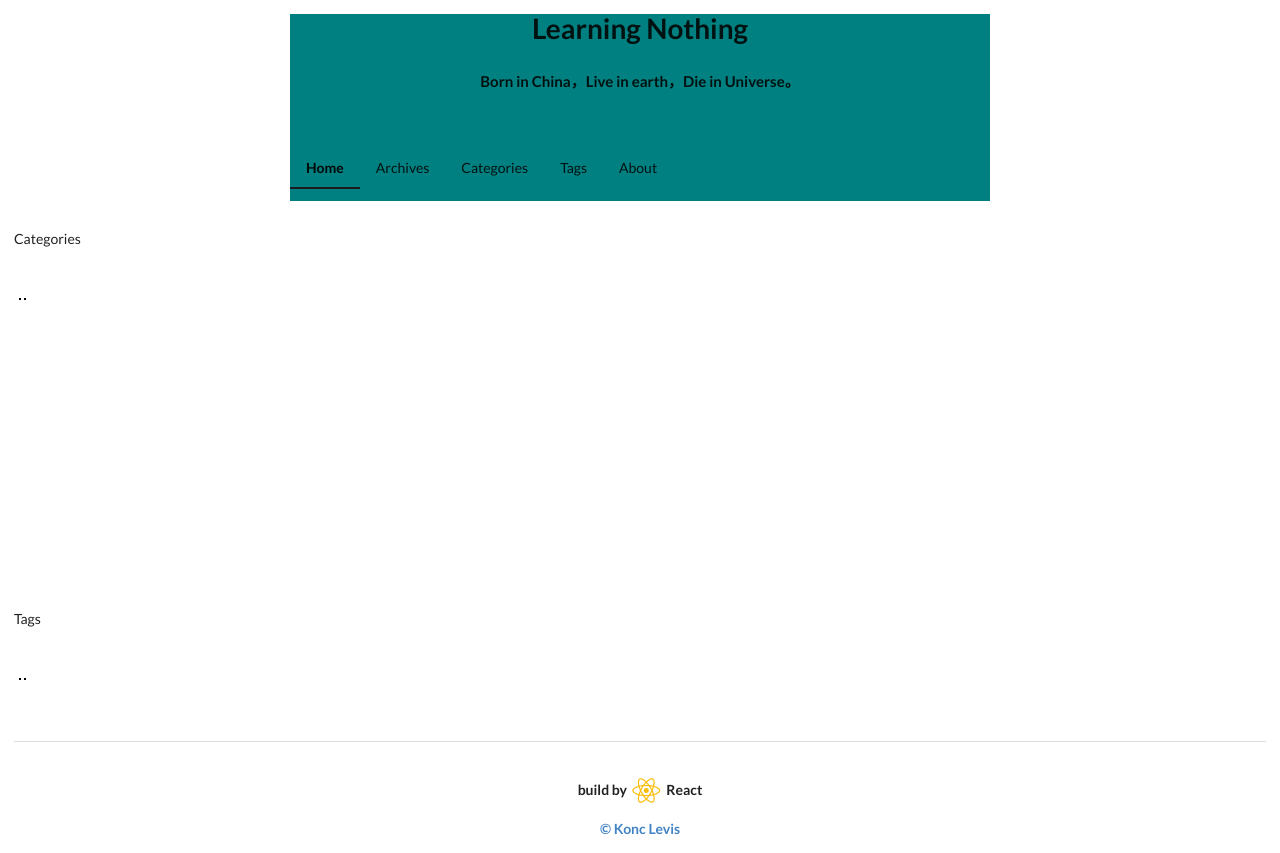
Repository: chu4j/my-spring-cloud-blog-frontend
Page: /
The author's editor kept a copy of each file at every save. The page is drawn from the files as they stood at one save, then again after the next save.
The browser window is 1280 px wide. The pictures show the whole page.
The page's requests for data from a server got no answer. The project was rebuilt for these pictures with package versions that can differ from the ones it lists, and the page was loaded fresh each time. No one was signed in, and anything a server would have sent is missing. Also part of the build but not shown: src/components/Categories.jsx, src/components/FocusContent.jsx, src/css/App.css, src/components/owner/LoginForm.jsx, src/components/Tags.jsx, src/components/Timeline.jsx, src/components/TimelineHome.jsx.

Above is the page before, as saved 2021-02-24 11:50:05.

After the next save:
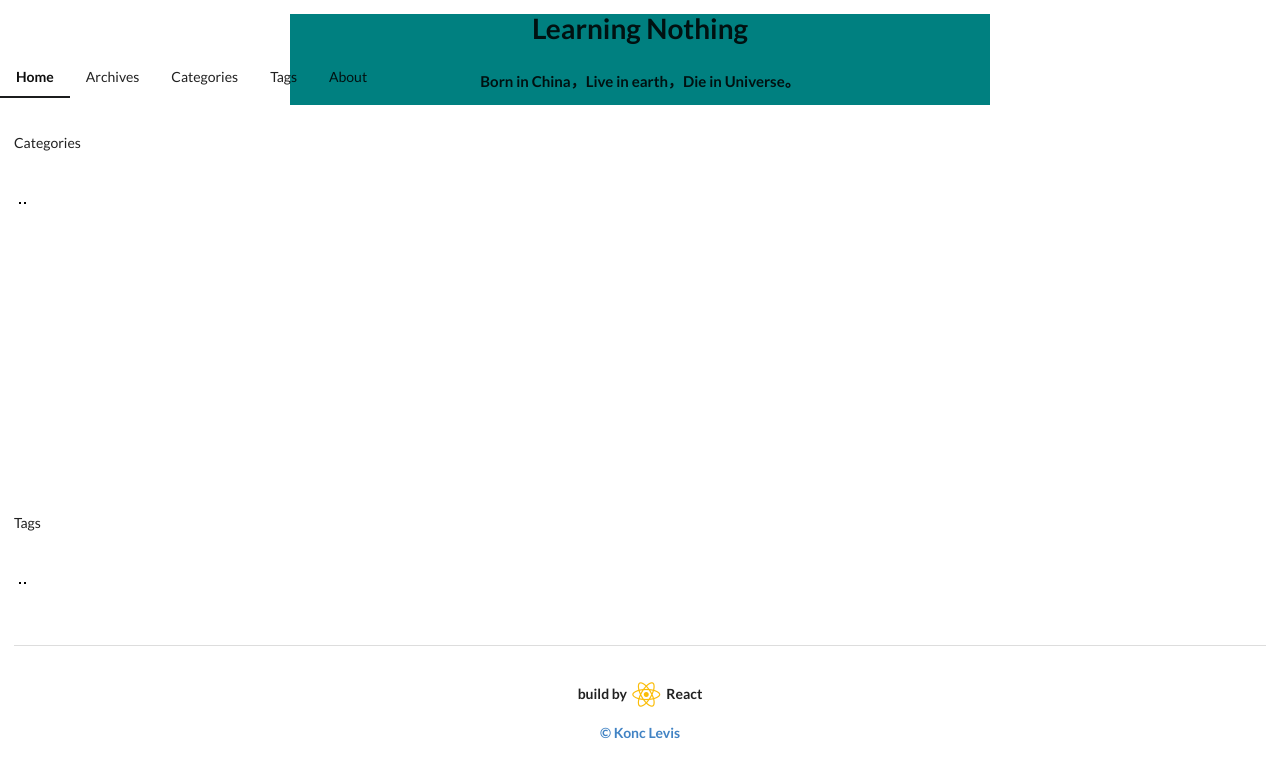
Saved 14 s later.
--- a/src/components/BlogHeader.jsx
+++ b/src/components/BlogHeader.jsx
@@ -58,7 +58,7 @@ class BlogHeader extends Component {
         />
         <Menu
           borderless
-          fixed
+          fixed={top}
           style={menuFixed ? fixedMenuStyle : menuStyle}
           pointing
           secondary
